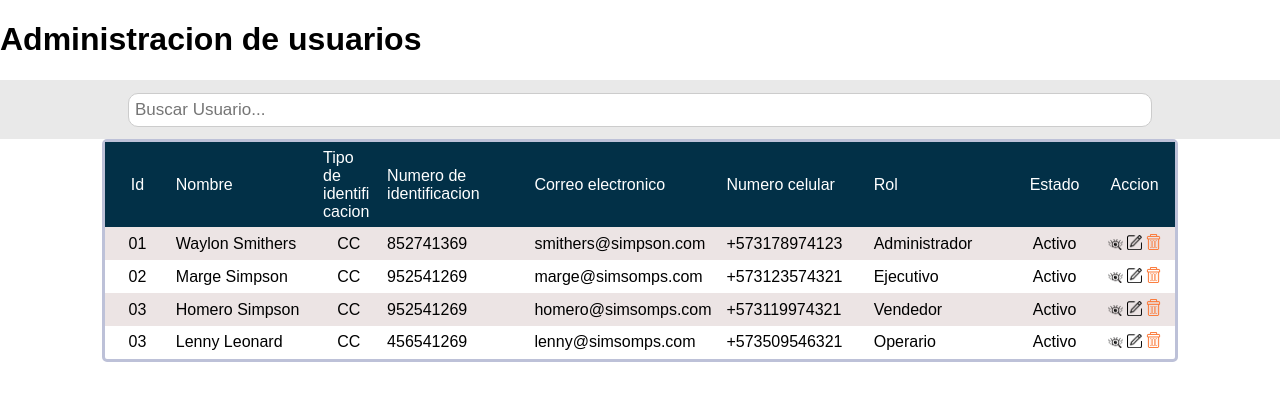
Repository: AlexanderBarona/Proyecto_Ciclo3_Mintic
Page: PaginaWeb/pages/admin_user.html
An editor plug-in stored every save of this project. The page is shown before and after the next save, followed by the edit.
The browser window is 1280 px wide. The pictures show the whole page.

Above is the page before, as saved 2021-09-30 14:27:12.

### PaginaWeb/pages/admin_user.html
<!DOCTYPE html>
<html>

   <head>
      <title>Administracion de Usuarios</title>
      <link href="../css/style.css" rel="stylesheet" type="text/css">
      <link href="../css/admin_user.css" rel="stylesheet" type="text/css">
   </head>
   <body class="admin_user">
      <header>
         <h1>Administracion de usuarios</h1>
      </header>
      <main>
        <div class="TopBar">
            <div class="Search ">
                <input type="text" placeholder="Buscar Usuario...">
            </div>

        </div>

        <div class="table_principal">
            <table class="table_entity">

              <tbody class="table_body" >

                  <tr class="table_header" >

                    <td class="table_cell center">Id</td>
                    <td class="table_cell">Nombre</td>
                    <td class="table_cell">Tipo de identificacion</td>
                    <td class="table_cell">Numero de identificacion</td>
                    <td class="table_cell">Correo electronico</td>
                    <td class="table_cell">Numero celular</td>
                    <td class="table_cell">Rol</td>
                    <td class="table_cell center">Estado</td>
                    <td class="table_cell center">Accion</td>

                  </tr>

                  <tr >
                    <td class="table_cell center">01</td>
                    <td class="table_cell">Waylon Smithers</td>
                    <td class="table_cell center">CC</td>
                    <td class="table_cell">852741369</td>
                    <td class="table_cell">smithers@simpson.com</td>
                    <td class="table_cell">+573178974123</td>
                    <td class="table_cell">Administrador</td>
                    <td class="table_cell center">Activo</td>
                    <td class="table_cell center">
                      <div class="icon_container">
                        <nav>
                          <a href="icon_table">
                            <img class="icon_cell" src="../images/IconRead.ico">
                          </a>
                          <a href="icon_table">
                            <img class="icon_cell" src="../images/IconUpdate.ico">
                          </a>
                          <a href="icon_table">
                            <img class="icon_cell" src="../images/IconDelete.ico">
                          </a>
                        </nav>
                    </div>

                    </td>
                  </tr>

                <tr >
                  <td class="table_cell center">02</td>
                  <td class="table_cell">Marge Simpson</td>
                  <td class="table_cell center">CC</td>
                  <td class="table_cell">952541269</td>
                  <td class="table_cell">marge@simsomps.com</td>
                  <td class="table_cell">+573123574321</td>
                  <td class="table_cell">Ejecutivo</td>
                  <td class="table_cell center">Activo</td>
                  <td class="table_cell center">
                    <div class="icon_container ">
                      <nav>
                        <a href="icon_table">
                          <img class="icon_cell" src="../images/IconRead.ico">
                        </a>
                        <a href="icon_table">
                          <img class="icon_cell" src="../images/IconUpdate.ico">
                        </a>
                        <a href="icon_table">
                          <img class="icon_cell" src="../images/IconDelete.ico">
                        </a>
                      </nav>
                  </div>
                  </td>
                </tr>

                <tr >
                    <td class="table_cell center">03</td>
                    <td class="table_cell">Homero Simpson</td>
                    <td class="table_cell center">CC</td>
                    <td class="table_cell">952541269</td>
                    <td class="table_cell">homero@simsomps.com</td>
                    <td class="table_cell">+573119974321</td>
                    <td class="table_cell">Vendedor</td>
                    <td class="table_cell center">Activo</td>
                    <td class="table_cell center">

                                    <div class="icon_container">
                                        <nav>
                                          <a href="icon_table">
                                            <img class="icon_cell" src="../images/IconRead.ico">
                                          </a>
                                          <a href="icon_table">
                                            <img class="icon_cell" src="../images/IconUpdate.ico">
                                          </a>
                                          <a href="icon_table">
                                            <img class="icon_cell" src="../images/IconDelete.ico">
                                          </a>
                                        </nav>
                                    </div>


                    </td>
                </tr>
                <tr >
                    <td class="table_cell center">03</td>
                    <td class="table_cell">Lenny Leonard</td>
                    <td class="table_cell center">CC</td>
                    <td class="table_cell">456541269</td>
                    <td class="table_cell">lenny@simsomps.com</td>
                    <td class="table_cell">+573509546321</td>
                    <td class="table_cell">Operario</td>
                    <td class="table_cell center">Activo</td>
                    <td class="table_cell center">
                      <div class="icon_container">
                        <nav>
                          <a href="icon_table">
                            <img class="icon_cell" src="../images/IconRead.ico">
                          </a>
                          <a href="icon_table">
                            <img class="icon_cell" src="../images/IconUpdate.ico">
                          </a>
                          <a href="icon_table">
                            <img class="icon_cell" src="../images/IconDelete.ico">
                          </a>
                        </nav>
                    </div>
                    </td>
                </tr>
              </tbody>
            </table>
        </div>
      </main>
      <footer>
      </footer>
   </body>
</html>

### PaginaWeb/css/style.css
* {
  box-sizing: border-box;
}

body {
  margin: 0;
  font-family: Arial, Helvetica, sans-serif;
}

### PaginaWeb/css/admin_user.css
/* css barra busqueda*/
@media screen and (max-width: 600px) {
  .Search a,
  .Search input[type="text"] {

    display: block;
    text-align: left;
    width: 100%;
    margin: 0 auto;
    padding: 14px;
    align-items: center;
  }
}

.admin_user .Search {
   overflow: hidden;
   background-color: #e9e9e9;
   display: block;
   width: 100%;
   text-align: center;
  }

.Search a {

    display: block;
    color: black;
    text-align: center;
    padding: 14px 16px;
    text-decoration: none;
    font-size: 17px;
  }

  .Search a:hover {
    background-color: #ddd;
    color: black;
  }

  .Search a.active {
    background-color: #9dcaf0;
    color: white;
  }

  .Search input[type="text"] {
    float: center;
    border-radius: 10px;
    border: 1px solid rgb(174, 204, 218);
    padding: 6px;
    margin-top: 1%;
    margin-right: 2%;
    margin-left: 2%;
    margin-bottom: 1%;
    font-size: 17px;
    width: 80%;
  }
  .Search input[type="text"] {
    border: 1px solid #ccc;
  }

 /* css tabla*/

  .table_entity {
    table-layout: fixed;
    width: 84%;
    margin: 0 auto;
    border-collapse: separate;
    border-spacing: 0px;
    border-radius: 5px;
    border: 3px solid rgb(189, 193, 216);

  }

  .table_entity td:first-child {
    width: 4em;
  }
  .table_entity td:nth-child(3) {
    width: 4em;
  }
  .table_entity td:nth-child(5) {
    width: 12em;
  }
  .table_entity td:nth-child(8) {
    width: 5em;

  }
  .table_entity td:nth-child(9) {
    width: 5em;
  }




  .table_header {
    background-color: #023047;
    color: #fff;

  }

  .table_entity tr:nth-child(even) {
  background-color: #ece4e4;
}

.table_entity .center {
  text-align: center;
}
/* css tabla perfiles*/
.table_entity2 {
  table-layout: fixed;
  width: 84%;
  margin: 0 auto;
  border-collapse: separate;
  border-spacing: 0px;
  border-radius: 5px;
  border: 3px solid rgb(189, 193, 216);

}

.table_entity2 td:first-child {
  width: 4em;
}

.table_entity2 td:nth-child(2) {
  width: 16em;
}


.table_entity2 td:nth-child(6) {
  width: 4.5em;

}


.table_entity2 tr:nth-child(even) {
background-color: #ece4e4;
}

.table_entity2 .center {
  text-align: center;
}

  th, td {

      word-wrap: break-word;
      padding: 0.4em;
      margin: 0em;
  }
  /* iconos */
  .icon_cell {

    height: 28%;
    width: 22%;
    margin: 0 auto 0 0;


}

.icon_container a , .icon_container a:visited {


  text-decoration: none;

}
/* css checkbox */

.checkbox_container input[type="checkbox"]  {
  content: "";
  width: 2em;
  height: 2em;
  border: 4px solid #bf810f;
  float: left;
  margin: 0 auto 0 0;
  border-right: 0;
  border-top: 0;


}
.checkbox_container input[type="checkbox"]:checked   {
  content: "";
  width: 2.2em;
  height: 2.2em;
  border: 4px solid #bf810f;
  color: #bf810f;
  background-color:#bf810f ;
  float: left;
  margin: 0 auto 0 0;
  border-right: 0;
  border-top: 0;

}

After the next save:
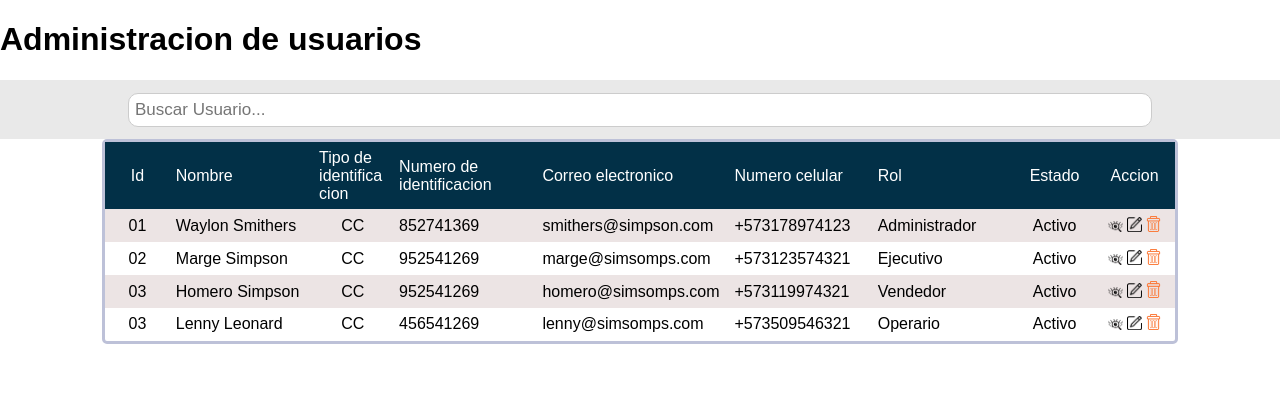
Saved 6 s later.
--- a/PaginaWeb/css/admin_user.css
+++ b/PaginaWeb/css/admin_user.css
@@ -73,7 +73,7 @@
     width: 4em;
   }
   .table_entity td:nth-child(3) {
-    width: 4em;
+    width: 5em;
   }
   .table_entity td:nth-child(5) {
     width: 12em;
